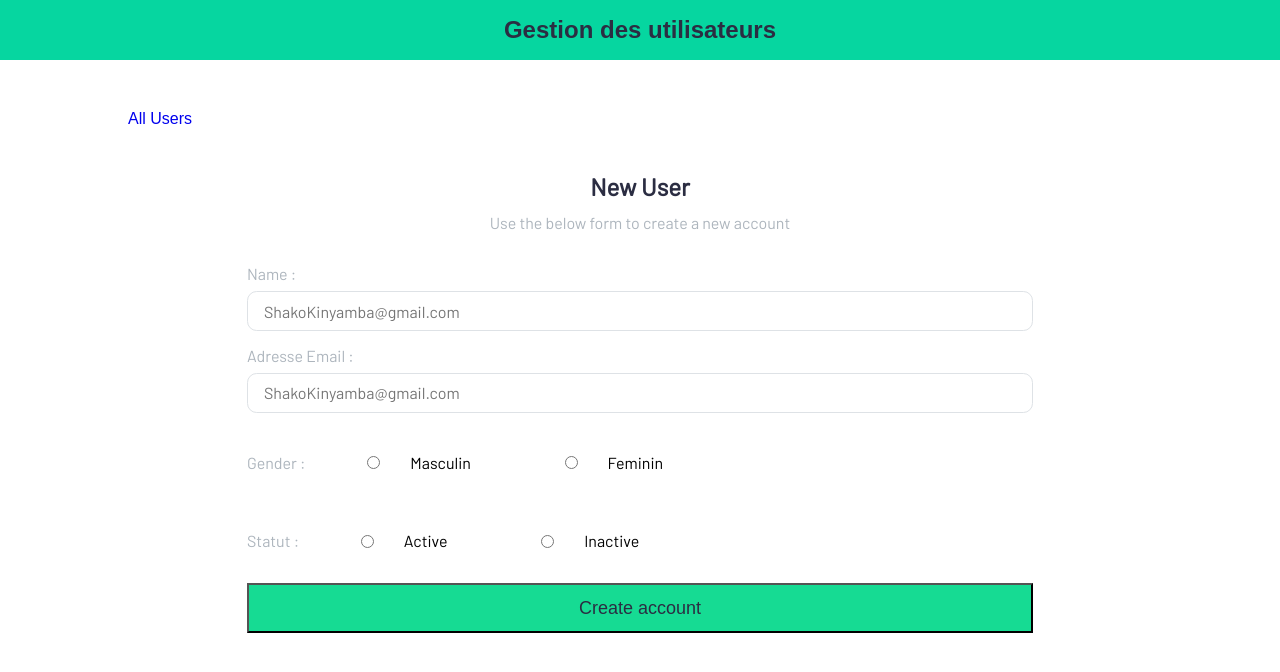
Repository: SKB-TECH/CrudMren
Page: add-user.html
An editor plug-in stored every save of this project. The page is shown before and after a run of saves, followed by the edit.
The browser window is 1280 px wide. The pictures show the whole page.
Some web fonts or font styles are not loaded; a fallback is used.

Above is the page before, as saved 2022-10-11 14:11:25.

After the next 2 saves:
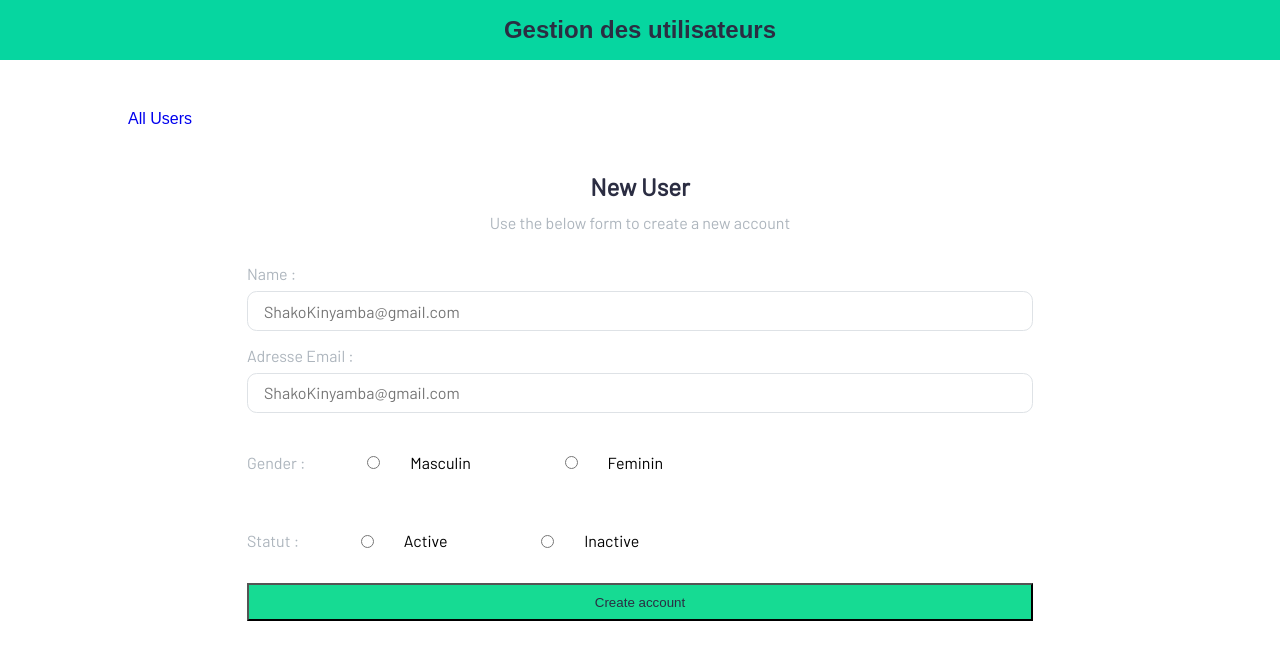
The 2 saves are shown as one change because they came seconds apart.
The last was saved 10 s later.
--- a/assets/css/style.css
+++ b/assets/css/style.css
@@ -171,16 +171,15 @@ table {
     box-shadow: inset 0 0 0 4px #e9ecef;
 }
 
-.radio input[text='radio']:focus+ .radio-label:before {
-  outline: none;
-  border-color: #16db93;
+.radio input[text='radio']:focus+.radio-label:before {
+    outline: none;
+    border-color: #16db93;
 }
 
 #update_user .form-group .btn,
-#add_user .form-group .btn{
+#add_user .form-group .btn {
     width: 100%;
     padding: .7em 1em;
     background-color: #16db93;
-    font-size: 18px;
 
 }
